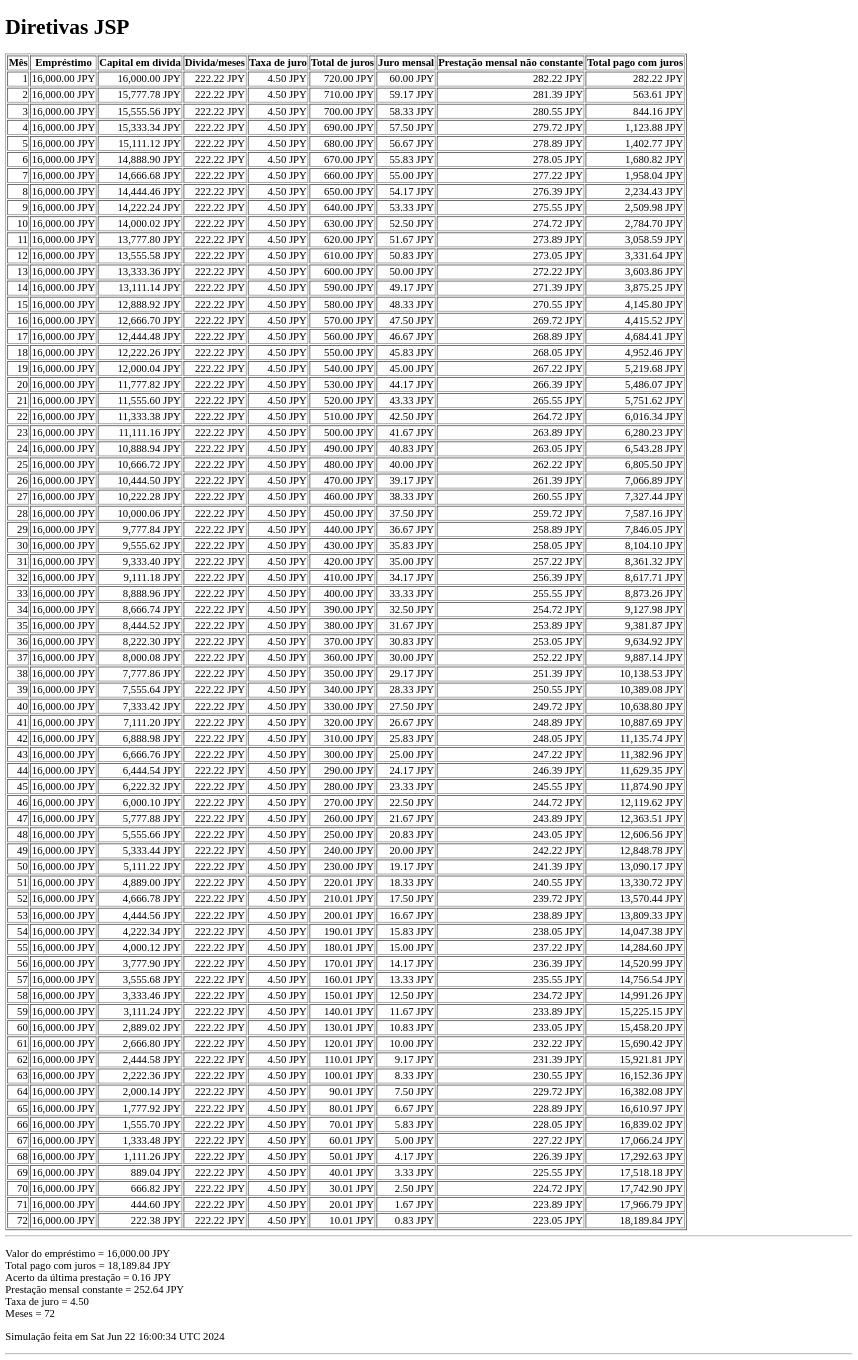
Repository: chuinga/JavaWebAppsDevelopment
Page: http://localhost/PaginasJSP/P06_Diretivas.jsp
These files come from the project's save history. The page is drawn as it stood at one moment and after the next save; the edit follows.
The browser window is 1280 px wide. The pictures show the whole page, at 67% of full size.
The page is served by Tomcat 10. Other server files are loaded and not shown.

Above is the page before, as saved 2024-07-27 09:59:55.

### PaginasJSP/src/main/webapp/P06_Diretivas.jsp
<%--
    Document   : P06_Diretivas.jsp
    Author     : TurtleLearning.com: Jose Aser
--%>
<%@ page import = "java.util.Date" %>
<%@ page import = "java.text.DecimalFormat" %>
<%@ page import = "java.util.Locale" %>
<%@ page import = "java.text.NumberFormat" %>
<%@ page language="java" contentType="text/html; charset=UTF-8" pageEncoding="UTF-8"%>

<%-- Declaração de variáveis de classe e de objeto --%>
<%! static double taxaJuro = 4.5; %>
<%! double emprestimo = 16000.0; %>

<%-- Declaração de métodos de classe e objeto --%>
<%!
    public static double getTaxaJuro() {
        return taxaJuro;
    }
    public static double calculoJuros(double capitalEmDivida) {
        return (capitalEmDivida * taxaJuro / 100.0);
    }
%>
<%!
    public double myRound(double x) {
        return (Math.round(x*100.0)/100.0);
    }
%>
<!DOCTYPE html>
<html>
<head>
<meta charset="UTF-8">
<title>P06_Diretivas</title>
</head>
<body>
    <h1>Diretivas JSP</h1>
    <%-- declaração de uma variável local --%>
    <% int meses = 72; %>

    <%-- Utilização das variáveis usando diretiva de declaração --%>
    <table border="1">
        <tr>
            <th>Mês</th>
            <th>Empréstimo</th>
            <th>Capital em divida</th>
            <th>Divida/meses</th>
            <th>Taxa de juro</th>
            <th>Total de juros</th>
            <th>Juro mensal</th>
            <th>Prestação mensal não constante</th>
            <th>Total pago com juros</th>
        </tr>
        <%
            //Locale.setDefault(new Locale("pt", "PT"));
            //Locale.setDefault(new Locale("pt", "BR"));
            //Locale.setDefault(new Locale("es", "ES"));
            //Locale.setDefault(new Locale("en", "US"));
            //Locale.setDefault(Locale.US);
            //Locale.setDefault(Locale.UK);
            Locale.setDefault(Locale.JAPAN);
            NumberFormat formatter = NumberFormat.getCurrencyInstance(Locale.getDefault());
            String currency = formatter.getCurrency().toString();
            DecimalFormat f = new DecimalFormat("###,###,##0.00");
            double capitalEmDivida = emprestimo;
            double dividaPorMes = myRound(emprestimo/meses);
            double totalJuros = myRound(capitalEmDivida*getTaxaJuro()/100);
            double juroMensal = myRound(totalJuros/12.0);
            double prestacaoMensal = dividaPorMes + juroMensal;
            double totalPagoComJuros = prestacaoMensal;

            for (int i=1; i<=meses; i++) {
                out.println("<tr>");
                out.println("<td style=\"text-align:right;\">" + i + "</td>");
                out.println("<td style=\"text-align:right;\">" + f.format(emprestimo) + " " + currency + "</td>");
                out.println("<td style=\"text-align:right;\">" + f.format(capitalEmDivida) + " " + currency + "</td>");
                out.println("<td style=\"text-align:right;\">" + f.format(dividaPorMes) + " " + currency + "</td>");
                out.println("<td style=\"text-align:right;\">" + f.format(getTaxaJuro()) + " " + currency + "</td>");
                out.println("<td style=\"text-align:right;\">" + f.format(totalJuros) + " " + currency + "</td>");
                out.println("<td style=\"text-align:right;\">" + f.format(juroMensal) + " " + currency + "</td>");
                out.println("<td style=\"text-align:right;\">" + f.format(prestacaoMensal) + " " + currency + "</td>");
                out.println("<td style=\"text-align:right;\">" + f.format(totalPagoComJuros) + " " + currency + "</td>");
                out.println("</tr>");
                capitalEmDivida = capitalEmDivida - dividaPorMes;
                totalJuros = myRound(capitalEmDivida*getTaxaJuro()/100);
                juroMensal = myRound(totalJuros/12.0);
                prestacaoMensal = dividaPorMes + juroMensal;
                totalPagoComJuros = totalPagoComJuros + prestacaoMensal;
            }
        %>
    </table>
    <hr>
    <p>Valor do empréstimo = <%= f.format(emprestimo)+ " " + currency %>
        <br>Total pago com juros = <%= f.format(totalPagoComJuros - prestacaoMensal) + " " + currency %>
        <br>Acerto da última prestação = <%= f.format(capitalEmDivida) + " " + currency %>
        <br>Prestação mensal constante = <%= f.format((totalPagoComJuros - prestacaoMensal) / meses) + " " + currency %>
           <br>Taxa de juro = <%= f.format(getTaxaJuro()) %>
           <!-- <br>Meses = <%-- out.println(meses); --%> -->
           <br>Meses = <%= meses %></p>
       <p>Simulação feita em <%= new Date() %></p>
    <hr>
</body>
</html>

After the next save:
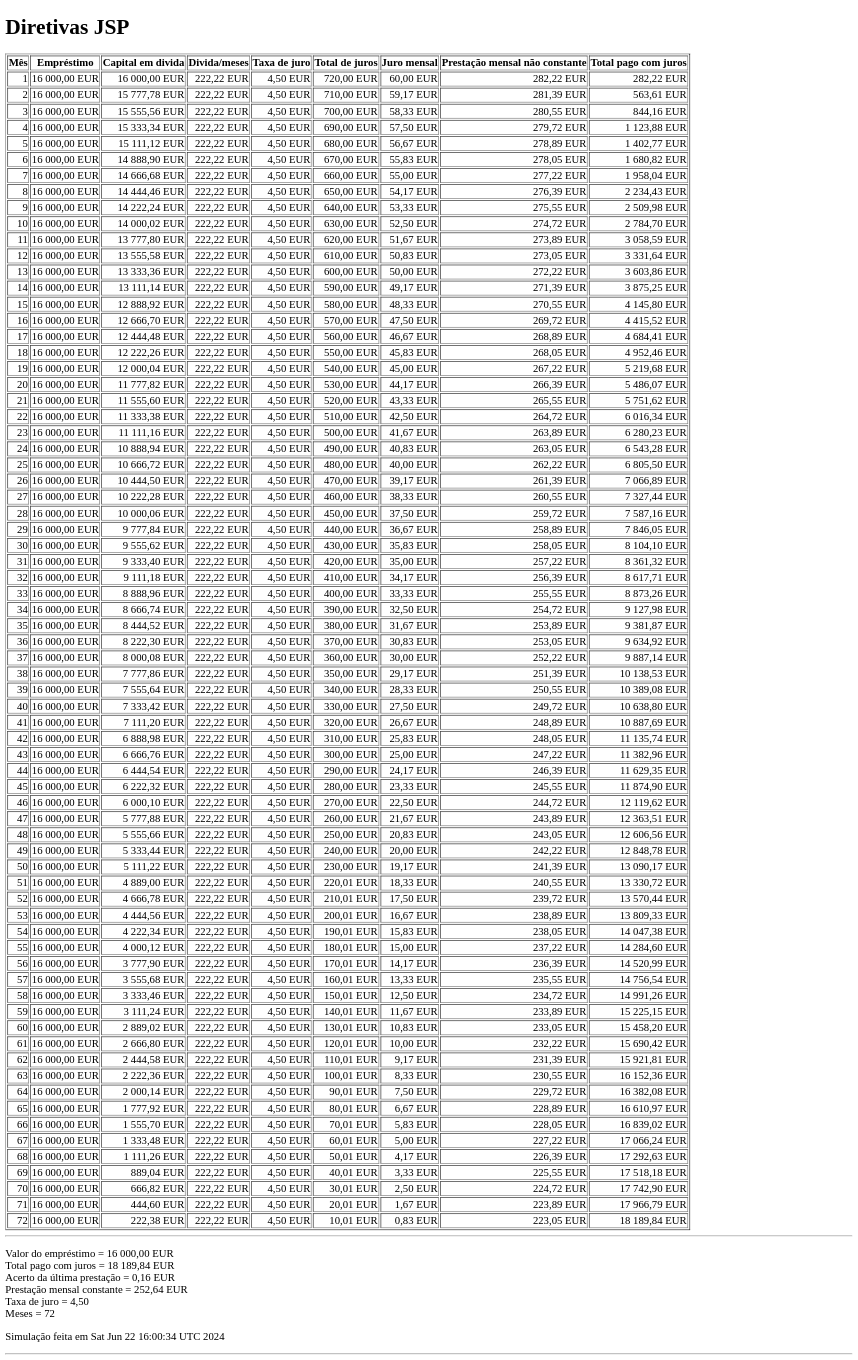
Saved 3 min 0 s later.
--- a/PaginasJSP/src/main/webapp/P06_Diretivas.jsp
+++ b/PaginasJSP/src/main/webapp/P06_Diretivas.jsp
@@ -51,13 +51,13 @@
             <th>Total pago com juros</th>
         </tr>
         <%
-            //Locale.setDefault(new Locale("pt", "PT"));
+            Locale.setDefault(new Locale("pt", "PT"));
             //Locale.setDefault(new Locale("pt", "BR"));
             //Locale.setDefault(new Locale("es", "ES"));
             //Locale.setDefault(new Locale("en", "US"));
             //Locale.setDefault(Locale.US);
             //Locale.setDefault(Locale.UK);
-            Locale.setDefault(Locale.JAPAN);
+            //Locale.setDefault(Locale.JAPAN);
             NumberFormat formatter = NumberFormat.getCurrencyInstance(Locale.getDefault());
             String currency = formatter.getCurrency().toString();
             DecimalFormat f = new DecimalFormat("###,###,##0.00");
